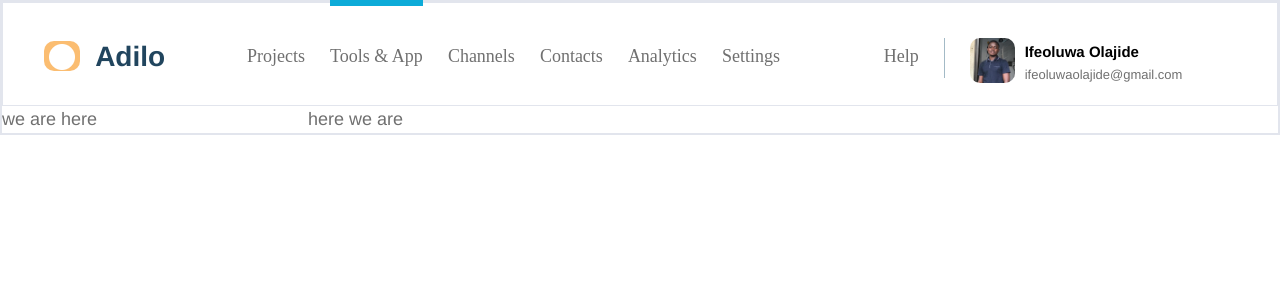
Repository: olhighjay/video_recorder
Page: /
An editor plug-in stored every save of this project. The page is shown before and after the next save, followed by the edit.
The browser window is 1280 px wide. The pictures show the whole page.
Some web libraries are served in a nearby version. The project was rebuilt for these pictures with package versions that can differ from the ones it lists, and the page was loaded fresh each time. Also part of the build but not shown: vue.config.js.

Above is the page before, as saved 2022-07-28 18:04:06.

### public/index.html
<!DOCTYPE html>
<html lang="">
  <head>
    <meta charset="utf-8">
    <meta http-equiv="X-UA-Compatible" content="IE=edge">
    <meta name="viewport" content="width=device-width,initial-scale=1.0">
    <link rel="icon" href="<%= BASE_URL %>favicon.ico">
    <title><%= htmlWebpackPlugin.options.title %></title>
    <link rel="stylesheet" href="https://cdn.jsdelivr.net/npm/bootstrap@4.0.0/dist/css/bootstrap.min.css" integrity="sha384-Gn5384xqQ1aoWXA+058RXPxPg6fy4IWvTNh0E263XmFcJlSAwiGgFAW/dAiS6JXm" crossorigin="anonymous">
  </head>
  <body>
    <noscript>
      <strong>We're sorry but <%= htmlWebpackPlugin.options.title %> doesn't work properly without JavaScript enabled. Please enable it to continue.</strong>
    </noscript>
    <div id="app"></div>
    <!-- built files will be auto injected -->


    <script src="https://code.jquery.com/jquery-3.2.1.slim.min.js" integrity="sha384-KJ3o2DKtIkvYIK3UENzmM7KCkRr/rE9/Qpg6aAZGJwFDMVNA/GpGFF93hXpG5KkN" crossorigin="anonymous"></script>
<script src="https://cdn.jsdelivr.net/npm/popper.js@1.12.9/dist/umd/popper.min.js" integrity="sha384-ApNbgh9B+Y1QKtv3Rn7W3mgPxhU9K/ScQsAP7hUibX39j7fakFPskvXusvfa0b4Q" crossorigin="anonymous"></script>
<script src="https://cdn.jsdelivr.net/npm/bootstrap@4.0.0/dist/js/bootstrap.min.js" integrity="sha384-JZR6Spejh4U02d8jOt6vLEHfe/JQGiRRSQQxSfFWpi1MquVdAyjUar5+76PVCmYl" crossorigin="anonymous"></script>
  </body>
</html>

### src/App.vue
<template>
  <!-- <img alt="Vue logo" src="./assets/logo.png"> -->
  <div>
    <navbar></navbar>
    <div id="main-flex">
      <div class="my-sidebar">
        we are here
      </div>
      <div class="my-main">
        here we are
      </div>
    </div>
  </div>
</template>

<script>
// import HelloWorld from './components/HelloWorld.vue'
import Navbar from './layouts/Navbar.vue'

export default {
  name: 'App',
  components: {
    Navbar
  }
}
</script>

<style>

#main-flex {
  display: flex;
}
.my-sidebar {
  flex: 0 0 306px;
}




#app {
  font-family: Avenir, Helvetica, Arial, sans-serif;
  -webkit-font-smoothing: antialiased;
  -moz-osx-font-smoothing: grayscale;
   /* text-align: center; */
   font-size: 18px;
  color: #707070;
  border: solid 2px #E2E5ED;
  width: 100vw;
  /* margin-top: 60px;  */
}


</style>

### src/layouts/Navbar.vue
<template>
    <nav class="">
      <div class="nav-logo-area">
        <div class="nav-logo-area-inner">
          <div class="white-logo-wrap">
            <span class="white-logo-bkg">
            <img alt="Adilo logo" src="../assets/swarm.png">
            </span>
          </div>
          <div class="adilo">Adilo</div>
        </div>
      </div>
      <div class="nav-tab">
        <ul class="my-nav-list">
          <li><a>Projects</a></li>
          <li class="active-nav-item"> <a>Tools & App</a></li>
          <li><a>Channels</a></li>
          <li><a>Contacts</a></li>
          <li><a>Analytics</a></li>
          <li><a>Settings</a></li>
        </ul>
      </div>
      <div class="nav-profile">
        <ul class="my-nav-list">
          <li><a>Help</a></li>
        </ul>
        <div class="profile-info">
          <div class="profile-border"></div>
          <div >
            <img alt="Profile Image" src="../assets/profile.jpg" class="profile-img">
          </div>
          <div style="margin-left:10px">
            <span class="profile-name">Ifeoluwa Olajide </span>
            <p class="profile-email">ifeoluwaolajide@gmail.com</p>
          </div>
        </div>
      </div>
    </nav>
</template>
<script>
export default {
    name: 'NavbarComponent'
}
</script>
<style>
     nav {
    display: flex;
    /* height: 69px; */
    padding: 0 0.032%;
    border: solid 1px #E2E5ED;
  }

  .nav-logo-area {
    flex: 0 0 16%;
    padding-left: 3.2%;
    padding-top: 19px;
    padding-bottom: 27px;
  }
  .nav-logo-area-inner {
    display: flex;
  }
  .nav-tab {
    flex: 0 0 50%;
  }
  .nav-profile {
    flex: 0 0 34%;
    display: flex;
  }
  .my-nav-list {
    list-style: none;
    padding-top: 40px;
  }
  .my-nav-list>li {
    display: inline;
    margin-right: 25px;
    padding-top: 40px;
  }
  .my-nav-list>li>a {
    text-align: left;
    font: normal normal normal 18px/27px Poppins;
    letter-spacing: 0px;
    color: #707070;
    opacity: 1
  }
  .white-logo-wrap {
    padding-top:21px;
  }
  .white-logo-bkg {
    background-color:#FBBD71;
    padding:5px;
    border-radius:10px;
  }
  .adilo {
    font-size:28px;
    margin-left:15px;
    font-weight:bold;
    color:#21455E;
    padding-top:14px;
  }
  .profile-info {
    padding-top:35px;
    display:flex;
  }
  .active-nav-item {
    border-top: 6px solid #0DABD8;
  }
  .profile-border {
    border-left: 1px solid #A3BAC6;
    padding-left:25px;
    height:40px;
  }
  .profile-img {
    width:45px; height: 45px;
    border-radius:10px;
  }
  .profile-name {
    font-weight:bold;
    font-size:15px;
    color:black;
  }
  .profile-email {
    font-size:13px;
  }
</style>

Loaded but not shown: src/main.js (common file)

After the next save:
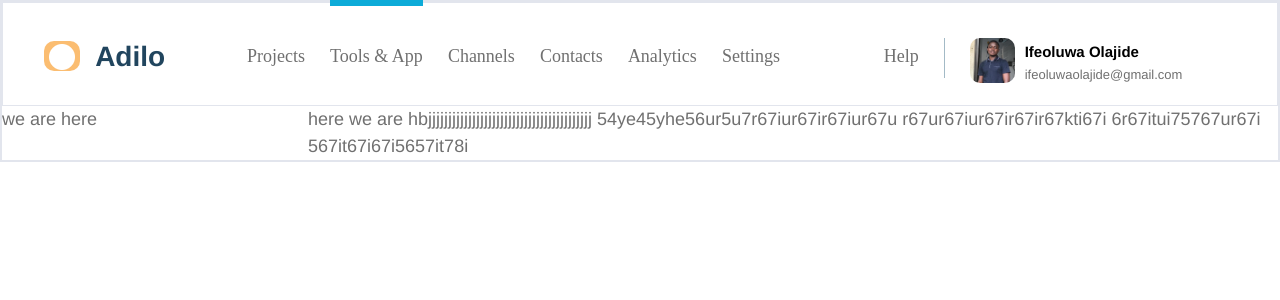
Saved 43 s later.
--- a/src/App.vue
+++ b/src/App.vue
@@ -7,7 +7,10 @@
         we are here
       </div>
       <div class="my-main">
-        here we are
+        here we are hbjjjjjjjjjjjjjjjjjjjjjjjjjjjjjjjjjjjjjjjjj
+        54ye45yhe56ur5u7r67iur67ir67iur67u
+        r67ur67iur67ir67ir67kti67i 6r67itui75767ur67i
+        567it67i67i5657it78i
       </div>
     </div>
   </div>
